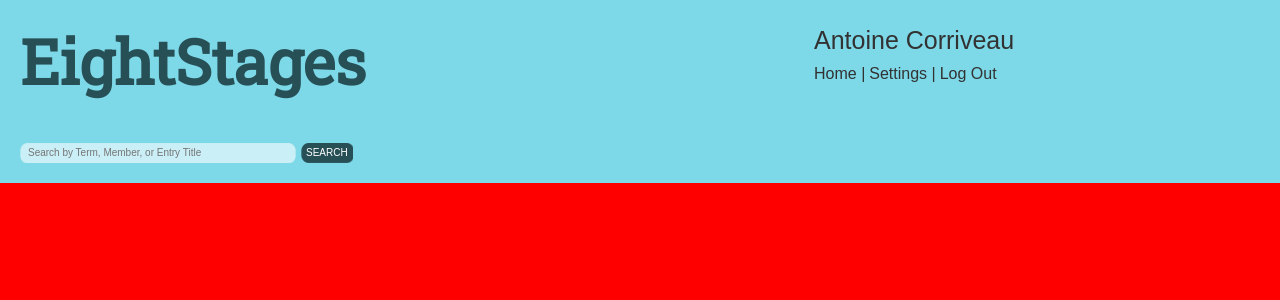
Repository: bhattaraib58/eighstages-lf-design
Page: Assignment 3/Eight Stages Website Mockup Done/index.html
The author's editor kept a copy of each file at every save. The page is drawn from the files as they stood at one save, then again after the next save.
The browser window is 1280 px wide. The pictures show the whole page.
Some web fonts or font styles are not loaded; a fallback is used.

Above is the page before, as saved 2019-06-09 22:35:31.

After the next save:
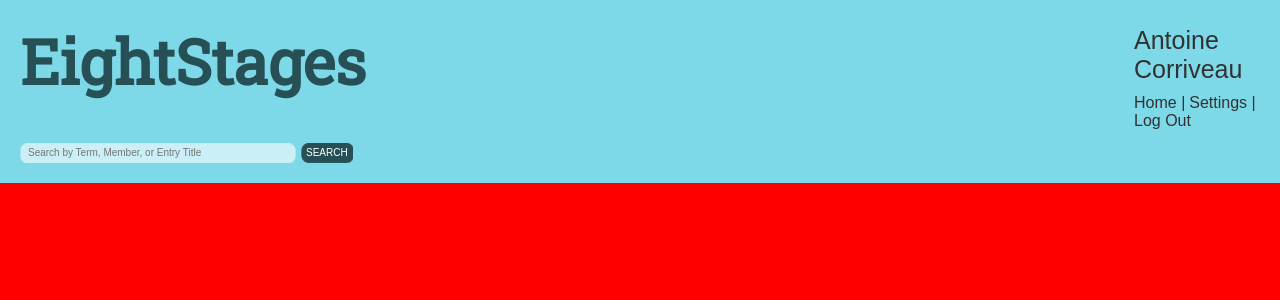
Saved 35 s later.
--- a/Assignment 3/Eight Stages Website Mockup Done/css/style.css
+++ b/Assignment 3/Eight Stages Website Mockup Done/css/style.css
@@ -81,7 +81,7 @@
     width: 40%;
     float: right;
     margin-top: 6px;
-    padding-left: 50px;
+    padding-left: 370px;
 }
 
 .title {
